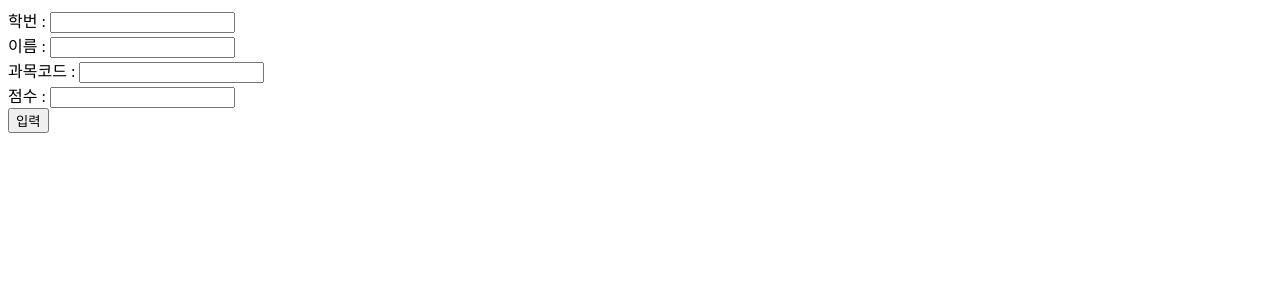
Repository: GitOnibi/jsp
Page: http://localhost/JSPprojec/school/stu_input.jsp
An editor plug-in stored every save of this project. The page is shown before and after the next save, followed by the edit.
The browser window is 1280 px wide. The pictures show the whole page.
The page is served by Tomcat 9.

Above is the page before, as saved 2019-01-07 12:51:08.

After the next save:
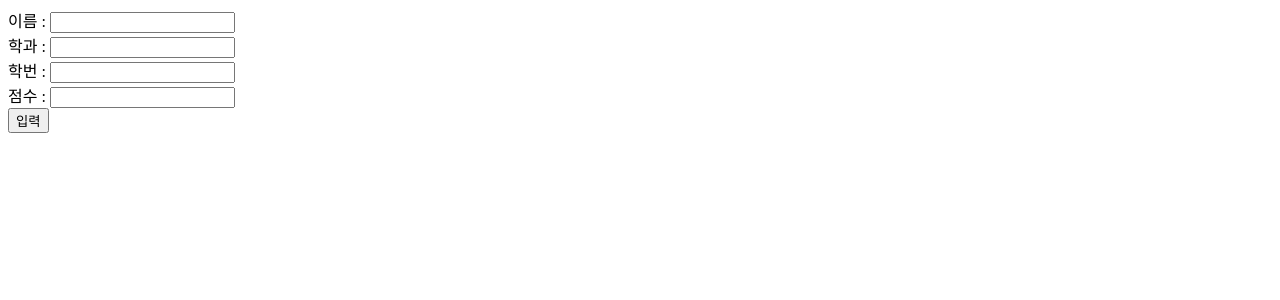
Saved 15 s later.
--- a/JSPprojec/WebContent/school/stu_input.jsp
+++ b/JSPprojec/WebContent/school/stu_input.jsp
@@ -7,9 +7,10 @@
 </head>
 <body>
 	<form action="score_check.jsp" method="GET">
+
+		이름 : <input type="text" name="stu_name" id="stu_name"/><br />
+		학과 : <input type="text" name="dep_code" id="dep_code"/><br />
 		학번 : <input type="number" name="stu_num" id="stu_num"/><br />
-		이름 : <input type="text" name="stu_name" id="stu_name"/><br />
-		과목코드 : <input type="text" name="dep_code" id="dep_code"/><br />
 		점수 : <input type="number" name="dep_score" id="dep_score"/><br />
 		<input type="submit" value="입력"/>
 	</form>
